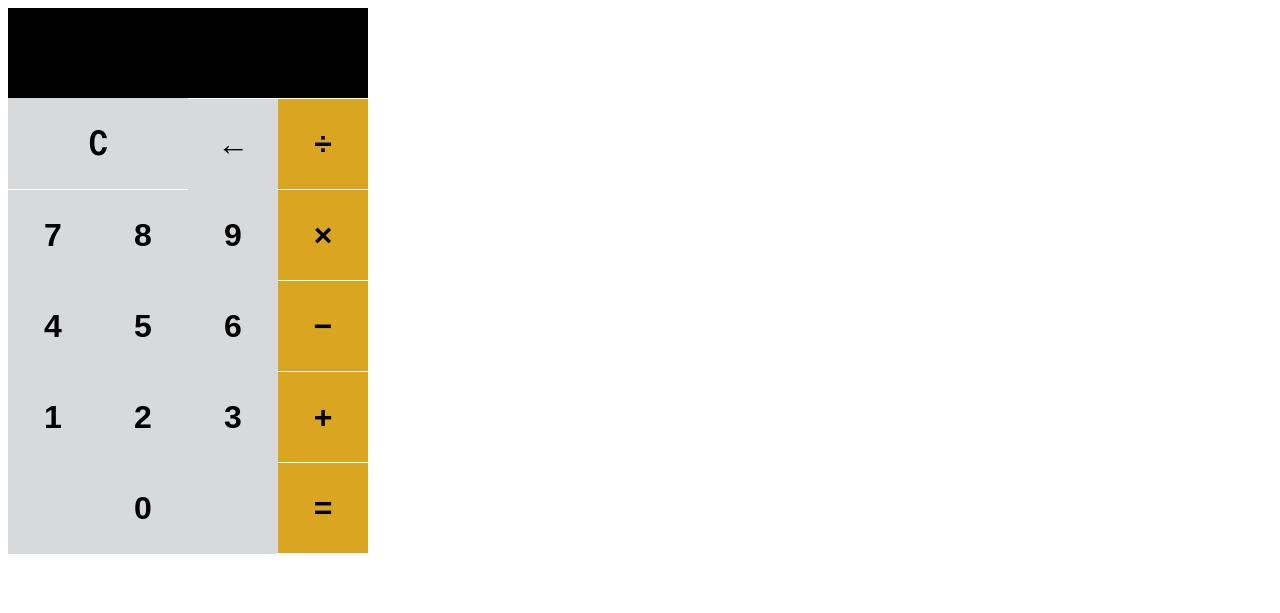
Repository: jontslater/LAB-calculator2
Page: index.html
The author's editor kept a copy of each file at every save. The page is drawn from the files as they stood at one save, then again after the next save.
The browser window is 1280 px wide. The pictures show the whole page.

Above is the page before, as saved 2023-10-14 10:26:03.

### index.html
<!DOCTYPE html>
<html lang="en">
<head>
  <meta charset="UTF-8">
  <meta name="viewport" content="width=device-width, initial-scale=1.0">
  <title>calculator</title>
  <link rel="stylesheet" href="main.css">
  <script src="main.js"></script>
</head>

<body>
  <div class="container">

    <div class="box"></div>

    <table>
    <button class="symbols gray three">&#8705;</button>
    <button class="symbols gray">&#8592;</button>
    <button class="symbols orange">&#247;</button>
  </table>

  <table>
    <button class="bottonss gray">7</button>
    <button class="bottonss gray">8</button>
    <button class="bottonss gray">9</button>
    <button class="orange">&#215;</button>
  </table>

  <table>
    <button class="bottonss gray">4</button>
    <button class="bottonss gray">5</button>
    <button class="bottonss gray">6</button>
    <button class="orange">&#8722;</button>
  </table>

  <table>
    <button class="bottonss gray">1</button>
    <button class="bottonss gray">2</button>
    <button class="bottonss gray">3</button>
    <button class="orange">&#43;</button>
  </table>


  <table>
    <button class="bottonss gray twice">0</button>
    <button class="orange">&#61;</button>
  </table>

  </div>

</body>
</html>

### main.css
body{
  background-color: white;
}

.container{
  width: 400px;
  font-size: xx-large;
  font-weight: bold;
}



.buttonss{
  background-color: #d8d9db;
  height: 90px;
  width: 90px;
  font-size: xx-large;
  font-weight: bold;
  border:none;
}

.gray{
  background-color: #d8d9db;
  height: 91px;
  width: 90px;
  font-size: xx-large;
  font-weight: bold;
  border:none;
}

.twice{
  width: 270px;
  font-size: xx-large;
  font-weight: bold;
  border:none;
}

.three{
  width: 180px;
  font-size: xx-large;
  font-weight: bold;
  border:none;
}

.orange{
  background-color:goldenrod;
  height: 90px;
  width: 90px;
  font-size: xx-large;
  font-weight: bold;
  border:none;
}

.box{
  background-color: #000000;
  height: 90px;
  width: 360px;
  padding-bottom: 0%;
  border:none;
}

Loaded but not shown: main.js (no stored copy; drawn as an empty file)

After the next save:
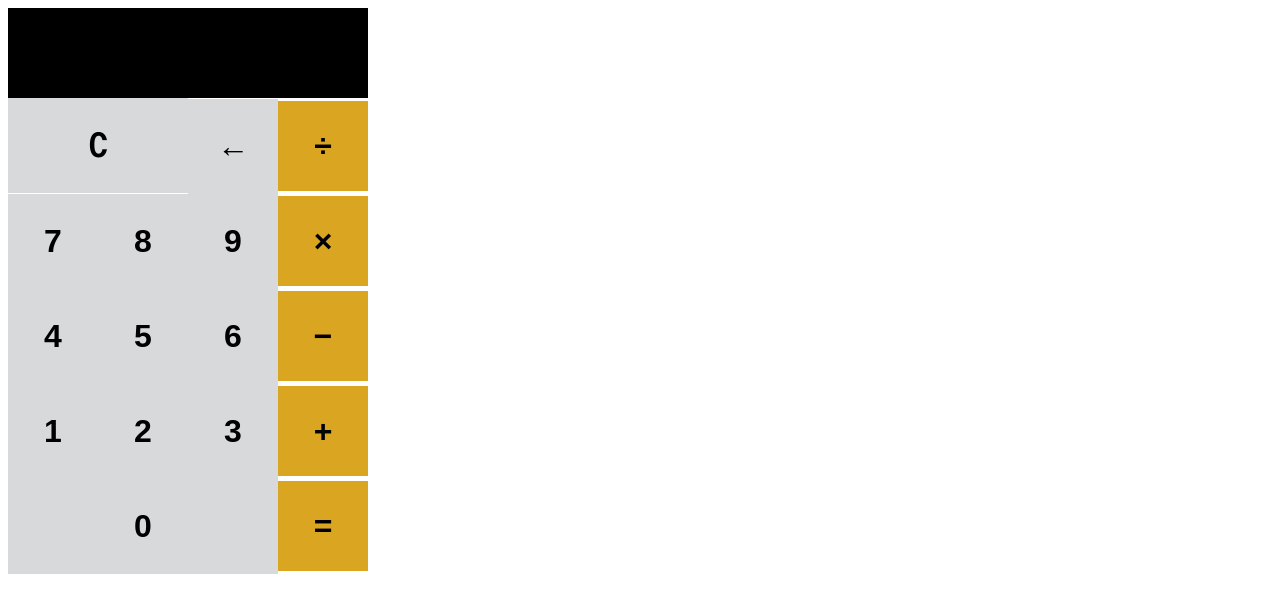
Saved 10 s later.
--- a/main.css
+++ b/main.css
@@ -21,7 +21,7 @@ body{
 
 .gray{
   background-color: #d8d9db;
-  height: 91px;
+  height: 95px;
   width: 90px;
   font-size: xx-large;
   font-weight: bold;
